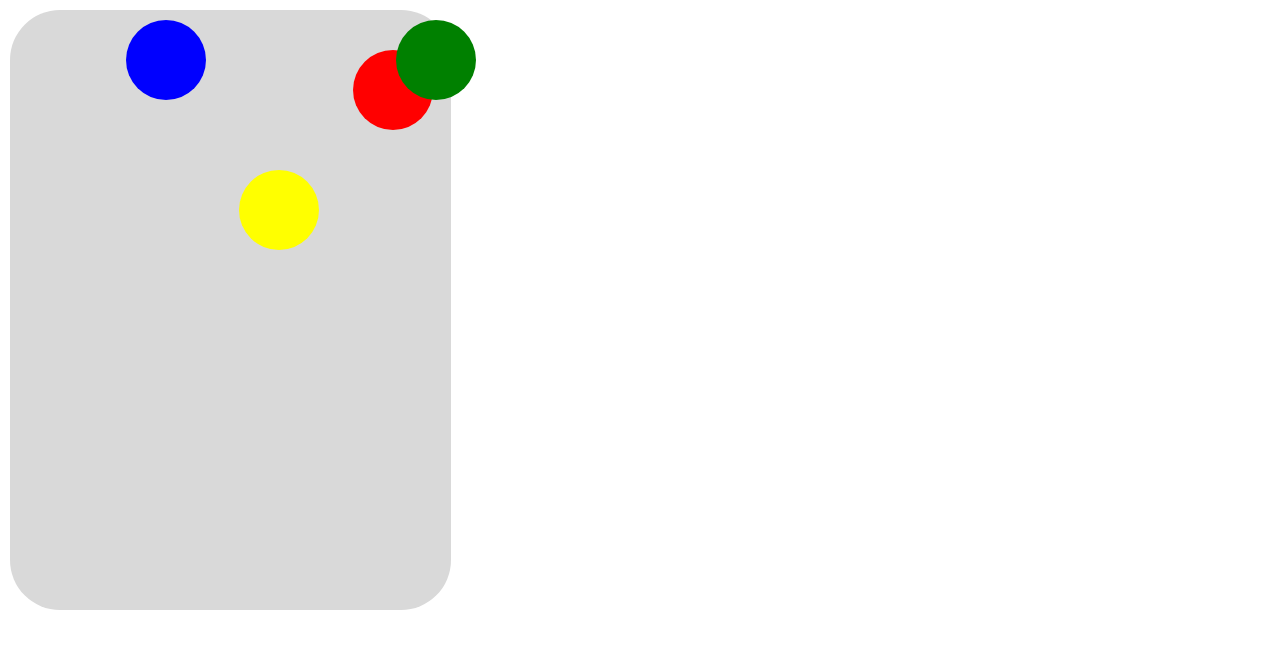
Repository: Code-Institute-Submissions/The-Simon-Game
Page: index.html
The author's editor kept a record of every edit. The page is drawn from the files as they stood at one moment, then again after the next edit.
The browser window is 1280 px wide. The pictures show the whole page.

Above is the page before.

### index.html
<!DOCTYPE html>
<html lang="en">

<head>
    <meta charset="UTF-8">
    <meta name="viewport" content="width=device-width, initial-scale=1.0">
    <meta http-equiv="X-UA-Compatible" content="ie=edge">
    <link rel="stylesheet" href="https://stackpath.bootstrapcdn.com/bootstrap/4.3.1/css/bootstrap.min.css" integrity="sha384-ggOyR0iXCbMQv3Xipma34MD+dH/1fQ784/j6cY/iJTQUOhcWr7x9JvoRxT2MZw1T" crossorigin="anonymous">
    <link rel="stylesheet" href="css/style.css" type="text/css" />
    <title>Simon The Memory Game</title>
</head>

<body>
    <section class="panel">
        <div class="panel-overlay">
            <div class="row">
                <div class="column col-4 col-sm-4">
                    <div class="blue"></div>
                </div>
                <div class="column col-4 col-sm-4">
                    <div class="red"></div>
                    <div class="yellow"></div>
                </div>
                <div class="column col-4 col-sm-4">
                    <div class="green"></div>
                </div>
            </div>
        </div>
    </section>
</body>

</html>

### css/style.css
.panel {
    height: 600px;
    width: 441px;
    margin: 10px;
    margin-left: 10px;
    border-radius: 50px;
    background-color: #d9d9d9;
}

.yellow {
    height: 80px;
    width: 80px;
    margin: 10px;
    margin-left: 72px;
    background-color: yellow;
    border-color: black;
    border-radius: 50px;
    border-width: 10px;
}

.red {
    height: 80px;
    width: 80px;
    margin: 40px;
    margin-left: 186px;
    background-color: red;
    border-color: black;
    border-radius: 50px;
}

.blue {
    height: 80px;
    width: 80px;
    margin: 10px;
    margin-left: 116px;
    background-color: blue;
    border-color: black;
    border-radius: 50px;
}

.green {
    height: 80px;
    width: 80px;
    margin: 10px;
    margin-left: 72px;
    background-color: green;
    border-color: black;
    border-radius: 50px;
}

After the next edit:
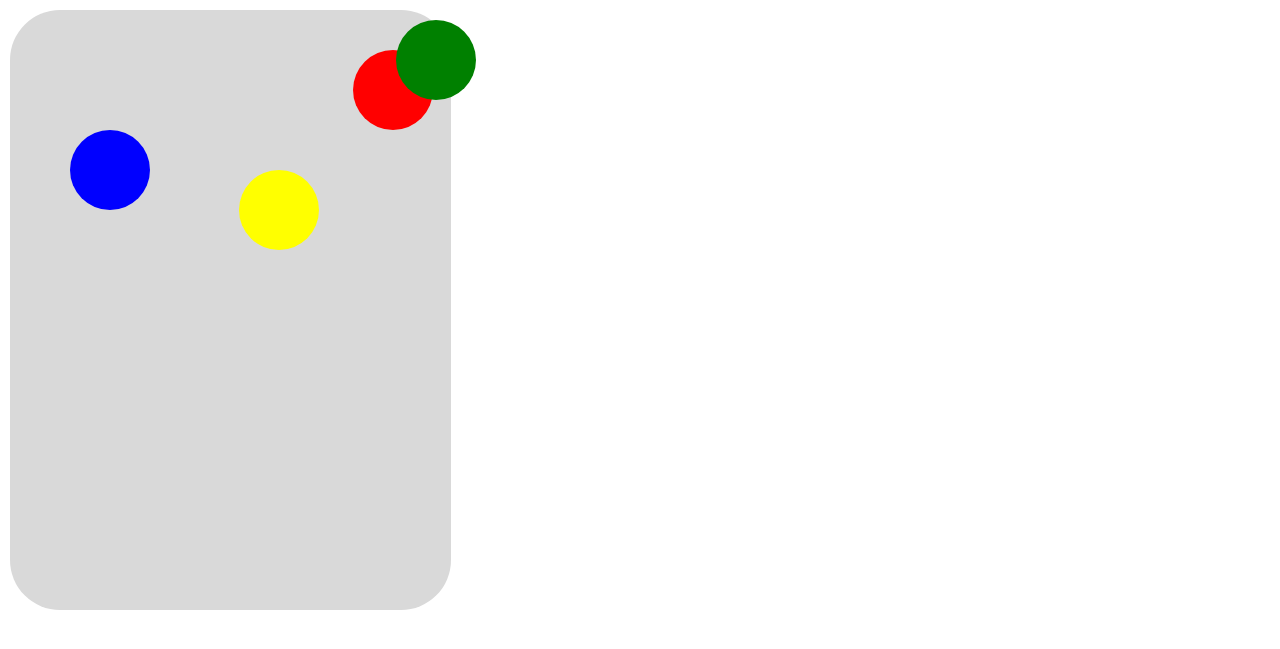
The edit:
--- a/css/style.css
+++ b/css/style.css
@@ -31,8 +31,8 @@
 .blue {
     height: 80px;
     width: 80px;
-    margin: 10px;
-    margin-left: 116px;
+    margin: 120px;
+    margin-left: 60px;
     background-color: blue;
     border-color: black;
     border-radius: 50px;
